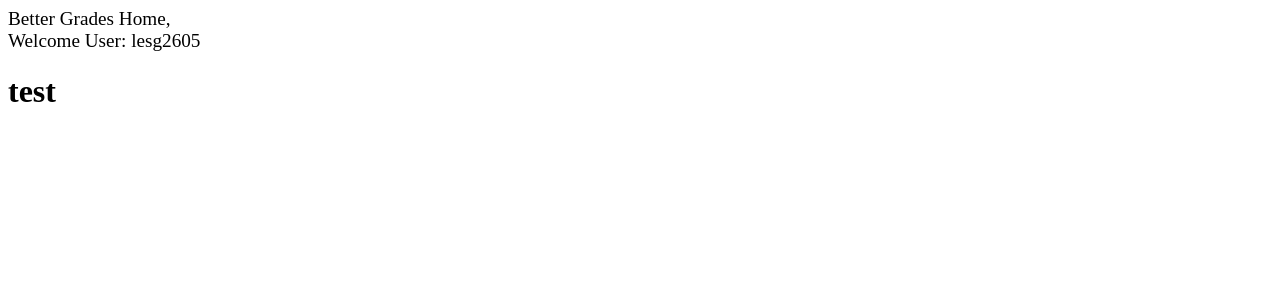
Repository: Kitty-kat-lol/Better-Grades-S3-e18
Page: http://localhost/Application/Home
These files come from the project's save history. The page is drawn as it stood at one moment and after the next save; the edit follows.
The browser window is 1280 px wide. The pictures show the whole page.
The page is served by Tomcat 9. Other server files are loaded and not shown.

Above is the page before, as saved 2018-06-16 21:49:06.

### TestProject/Application/WebContent/Home.jsp
<%@ page language="java" contentType="text/html; charset=ISO-8859-1"
    pageEncoding="ISO-8859-1"%>
<!DOCTYPE html PUBLIC "-//W3C//DTD HTML 4.01 Transitional//EN" "http://www.w3.org/TR/html4/loose.dtd">

<html>
<link rel="stylesheet" type="text/css" href="Style.css">
<head>
<meta http-equiv="Content-Type" content="text/html; charset=ISO-8859-1">
<title>Bienvenue</title>
</head>
<body>

<big>Better Grades Home,</big>
<!-- Skip line -->
<table></table>
<big> Welcome User: lesg2605 </big>
<h1><%
out.println("test");
%></h1>


</body>
</html>

### TestProject/Application/src/localpage/Home.java
package localpage;

import java.io.IOException;

import javax.servlet.RequestDispatcher;
import javax.servlet.ServletException;
import javax.servlet.annotation.WebServlet;
import javax.servlet.http.HttpServlet;
import javax.servlet.http.HttpServletRequest;
import javax.servlet.http.HttpServletResponse;

/**
 * Servlet implementation class Home
 */
@WebServlet(description = "Page d'accueuil de Better Grades", urlPatterns = { "/Home" })
public class Home extends HttpServlet {
	private static final long serialVersionUID = 1L;

    /**
     * @see HttpServlet#HttpServlet()
     */
    public Home() {
        super();
        // TODO Auto-generated constructor stub
    }

	/**
	 * @see HttpServlet#doGet(HttpServletRequest request, HttpServletResponse response)
	 */
	protected void doGet(HttpServletRequest request, HttpServletResponse response) throws ServletException, IOException {
		// TODO Auto-generated method stub
		//response.getWriter().append("Served at: ").append(request.getContextPath());

		response.setContentType("text/html") ;
		// construction d'un request dispatcher sur la page JSP, qui doit exister
		// dans la web application courante
	    RequestDispatcher requestDispatcher = request.getRequestDispatcher("Home.jsp") ;

	     // inclusion de cette ressource
	    requestDispatcher.include(request, response) ;
	}

	/**
	 * @see HttpServlet#doPost(HttpServletRequest request, HttpServletResponse response)
	 */
	protected void doPost(HttpServletRequest request, HttpServletResponse response) throws ServletException, IOException {
		// TODO Auto-generated method stub
		doGet(request, response);
	}

}

Loaded but not shown: TestProject/Application/WebContent/Style.css (common file)

After the next save:
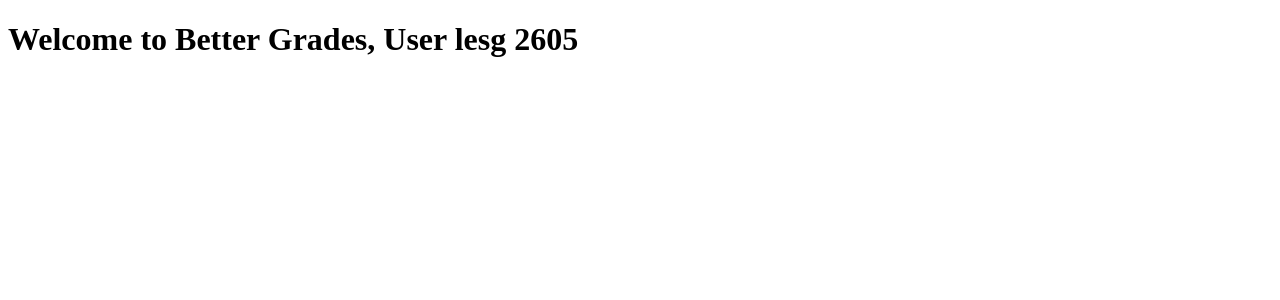
Saved 2 min 47 s later.
--- a/TestProject/Application/WebContent/Home.jsp
+++ b/TestProject/Application/WebContent/Home.jsp
@@ -10,13 +10,10 @@
 </head>
 <body>
 
-<big>Better Grades Home,</big>
-<!-- Skip line -->
-<table></table>
-<big> Welcome User: lesg2605 </big>
 <h1><%
-out.println("test");
-%></h1>
+	out.println("Welcome to Better Grades,");
+	out.println("User lesg 2605");
+	%></h1>
 
 
 </body>
